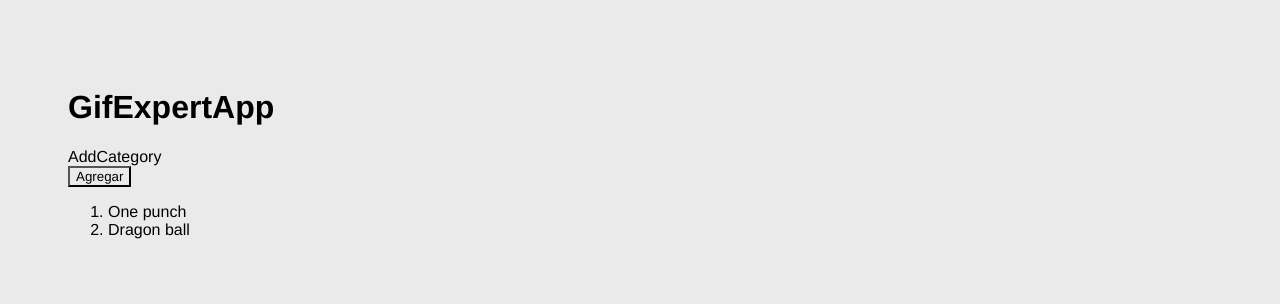
Repository: mmg0206/react-gif-expert
Page: /
The author's editor kept a copy of each file at every save. The page is drawn from the files as they stood at one save, then again after the next save.
The browser window is 1280 px wide. The pictures show the whole page.
The project was rebuilt for these pictures with package versions that can differ from the ones it lists, and the page was loaded fresh each time. Also part of the build but not shown: vite.config.js.

Above is the page before, as saved 2024-04-13 19:18:27.

After the next save:
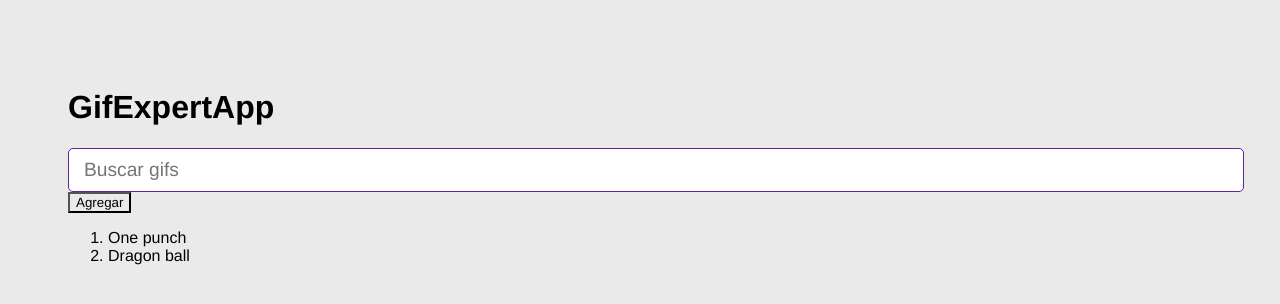
Saved 114 s later.
--- a/src/components/AddCategory.jsx
+++ b/src/components/AddCategory.jsx
@@ -1,8 +1,9 @@
 
 export const AddCategory = () => {
   return (
-    <div>
-      AddCategory
-    </div>
+    <input
+        type="text"
+        placeholder="Buscar gifs"
+    />
   )
 }
